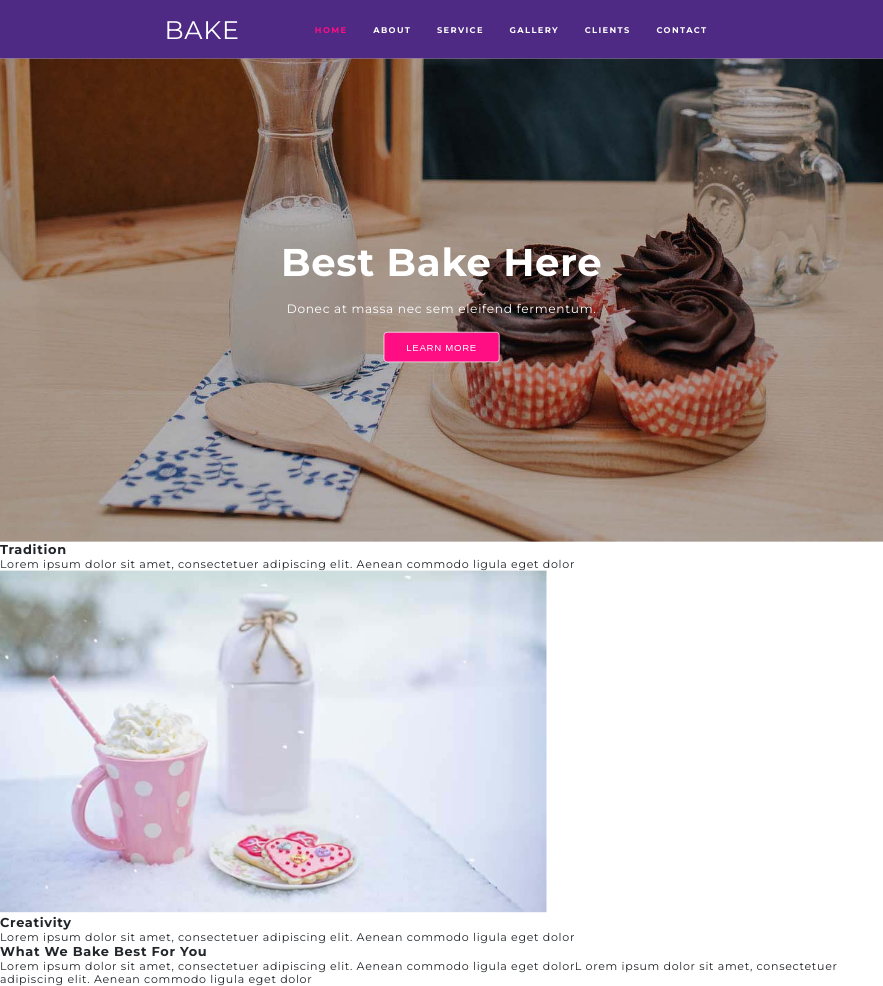
Repository: ducdatit2002/bake-cake
Page: index.html
The author's editor kept a copy of each file at every save. The page is drawn from the files as they stood at one save, then again after a run of saves.
The browser window is 1280 px wide. The pictures show the whole page, at 69% of full size.

Above is the page before, as saved 2023-07-13 11:59:53.

### index.html
<!DOCTYPE html>
<html lang="en">
<head>
    <meta charset="UTF-8">
    <meta name="viewport" content="width=device-width, initial-scale=1.0">
    <title>BAKE</title>
    <!-- FONT ICON -->
    <link rel="stylesheet" href="https://cdnjs.cloudflare.com/ajax/libs/font-awesome/6.4.0/css/all.min.css"
        integrity="sha512-iecdLmaskl7CVkqkXNQ/ZH/XLlvWZOJyj7Yy7tcenmpD1ypASozpmT/E0iPtmFIB46ZmdtAc9eNBvH0H/ZpiBw=="
        crossorigin="anonymous" referrerpolicy="no-referrer" />
    <!-- FONT GOOGLE -->
    <link rel="preconnect" href="https://fonts.googleapis.com">
    <link rel="preconnect" href="https://fonts.gstatic.com" crossorigin>
    <link href="https://fonts.googleapis.com/css2?family=Montserrat:wght@300;400;700&display=swap" rel="stylesheet">
    <!-- MAIN CSS -->
    <link rel="stylesheet" href="./index.css">

</head>
<body>
    <!-- HEADER -->
    <header>
        <div class="header__content">
            <p>BAKE</p>
            <nav>
                <ul>
                    <li class="active"><a href="#">HOME</a></li>
                    <li><a href="#">ABOUT</a></li>
                    <li><a href="#">SERVICE</a></li>
                    <li><a href="#">GALLERY</a></li>
                    <li><a href="#">CLIENTS</a></li>
                    <li><a href="#">CONTACT</a></li>
                </ul>
            </nav>
        </div>
    </header>
    <!-- CAROUSEL -->
    <section class="carousel">
        <div class="carousel__content">
            <h1>Best Bake Here</h1>
            <p>Donec at massa nec sem eleifend fermentum.</p>
            <button>LEARN MORE</button>
        </div>
    </section>
    <!-- INTRO -->
    <section class="intro">
        <div class="intro__item">
            <div>
                <h3>Tradition</h3>
                <p>Lorem ipsum dolor sit amet, consectetuer adipiscing elit. Aenean commodo ligula eget dolor</p>
            </div>
        </div>
        <div class="intro__item">
            <img src="./img/ab1.jpg" alt="intro 1">
        </div>
        <div class="intro__item">
            <div>
                <h3>Creativity</h3>
                <p>Lorem ipsum dolor sit amet, consectetuer adipiscing elit. Aenean commodo ligula eget dolor</p>
            </div>
        </div>
        <div class="intro__item">
            <div>
                <h3>What We Bake Best For You</h3>
                <p>Lorem ipsum dolor sit amet, consectetuer adipiscing elit. Aenean commodo ligula eget dolorL orem ipsum dolor sit amet,
                consectetuer adipiscing elit. Aenean commodo ligula eget dolor</p>
            </div>
        </div>
    </section>
    <!-- NUMBER -->
    <section class="number"></section>
    <!-- SERVICES -->
    <section class="services"></section>
    <!-- GALLERY -->
    <section class="gallery"></section>
    <!-- TEAM MEMBER -->
    <section class="team"></section>
    <!-- FEEDBACK -->
    <section class="feedback"></section>
    <!-- CONTACT -->
    <section class="contact"></section>
    <!-- FOOTER -->
    <footer></footer>
</body>
</html>

### index.css
/* GLOBAL */
*{
    margin: 0;
    padding: 0;
    box-sizing: border-box;
}
html{
    font-size: 16px;
    /* 1 rem = 18px */
    /* Không khai báo thì 1 rem là 16px */

}
body {
    font-family: 'Montserrat', sans-serif;
    color: #212529;
    background-color: #fff;
    letter-spacing: 1px;
}
button {
    background-color: #ff0e83;
    border: 1px solid white;
    color: white;
    padding: 13px 32px;
    font-size: 0.875rem;
    border-radius: 5px;
    cursor: pointer;
    letter-spacing: 1px;
    transition: all 0.5s;
}
button:hover {
    background-color: white;
    color: black;
    border-color: #ff0e83;

}
/* HEADER */
header {
    background-color: #4e2a84;
    padding: 20px 0;
}
.header__content {
    width: 70%;
    margin: 0 auto;
    display: flex;
    justify-content: space-around;
    align-items: center;
}
.header__content ul {
    list-style: none;
}
.header__content ul a {
    text-decoration: none;
    color: white;
    font-weight: 700;
    font-size: 0.75rem;
    letter-spacing: 2px;
    /* transition-property: all;
    transition-duration: 1s;
    transition-delay: 0s;
    transition-timing-function: linear; */
    transition: all 1s;
}
.header__content ul a:hover {
    color: #ff0e83;
}
.header__content ul li {
    display: inline;
    margin: 0 1rem;
}
.header__content p {
    color: white;
    font-size: 2.3rem;
    /* 2.3 rem ~ 37px */
}
.header__content ul .active a {
    color: #ff0e83;
}

/* CAROUSEL */
.carousel{
    background-image: url(./img/b3.jpg);
    height: 700px;
    background-size: cover;
    background-position: center;
    color: white;
    text-align: center;
    display: flex;
    justify-content: center;
    align-items: center;
}
.carousel__content h1 {
    font-size: 3.5rem;
}
.carousel__content p {
    font-size: 1.1rem;
    padding: 23px 0;
}

After the next 3 saves:
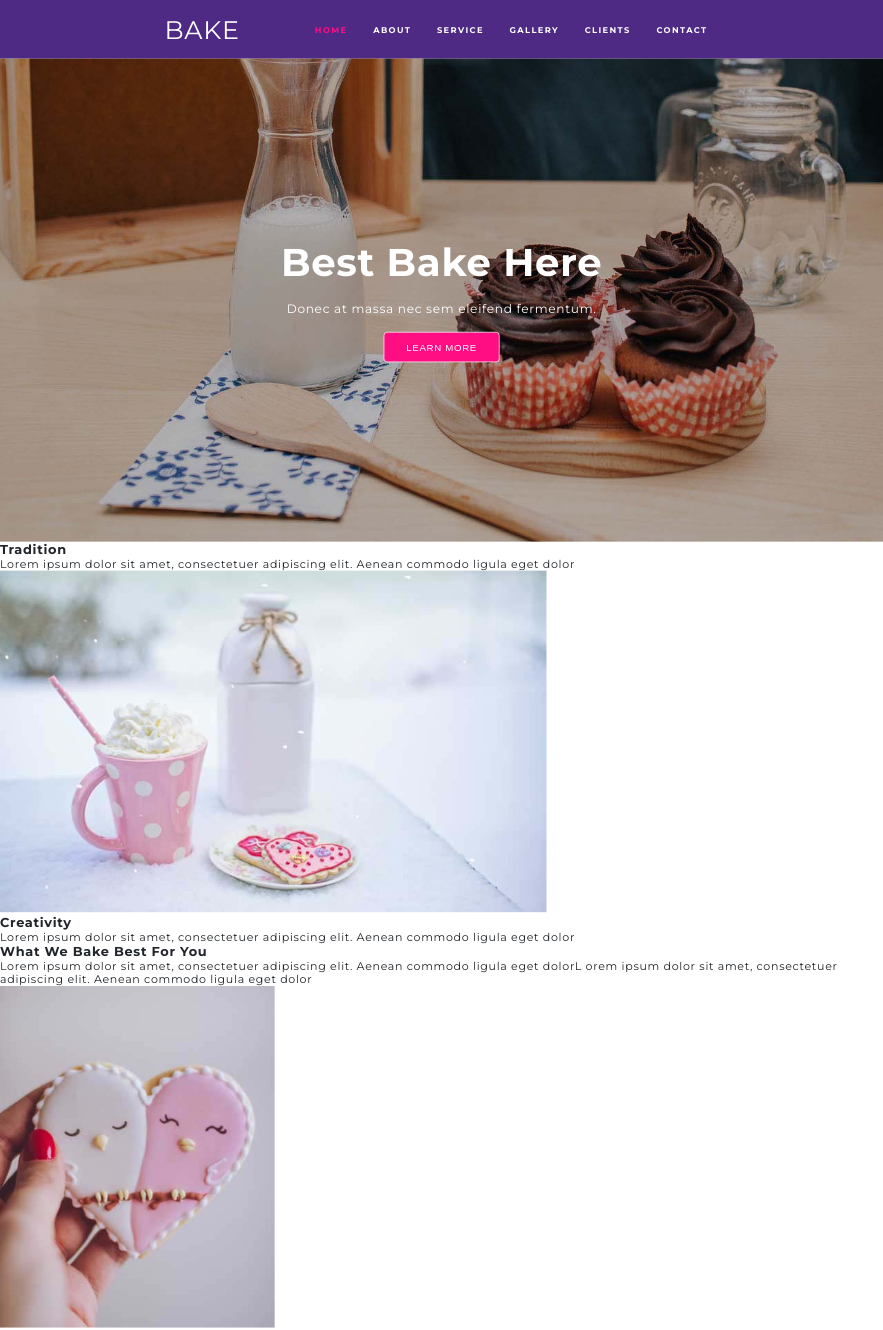
The 3 saves are shown as one change because they came seconds apart.
The last was saved 19 s later.
--- a/index.html
+++ b/index.html
@@ -65,6 +65,9 @@
                 consectetuer adipiscing elit. Aenean commodo ligula eget dolor</p>
             </div>
         </div>
+        <div class="intro__item">
+            <img src="./img/ab2.jpg" alt="intro 2">
+        </div>
     </section>
     <!-- NUMBER -->
     <section class="number"></section>
